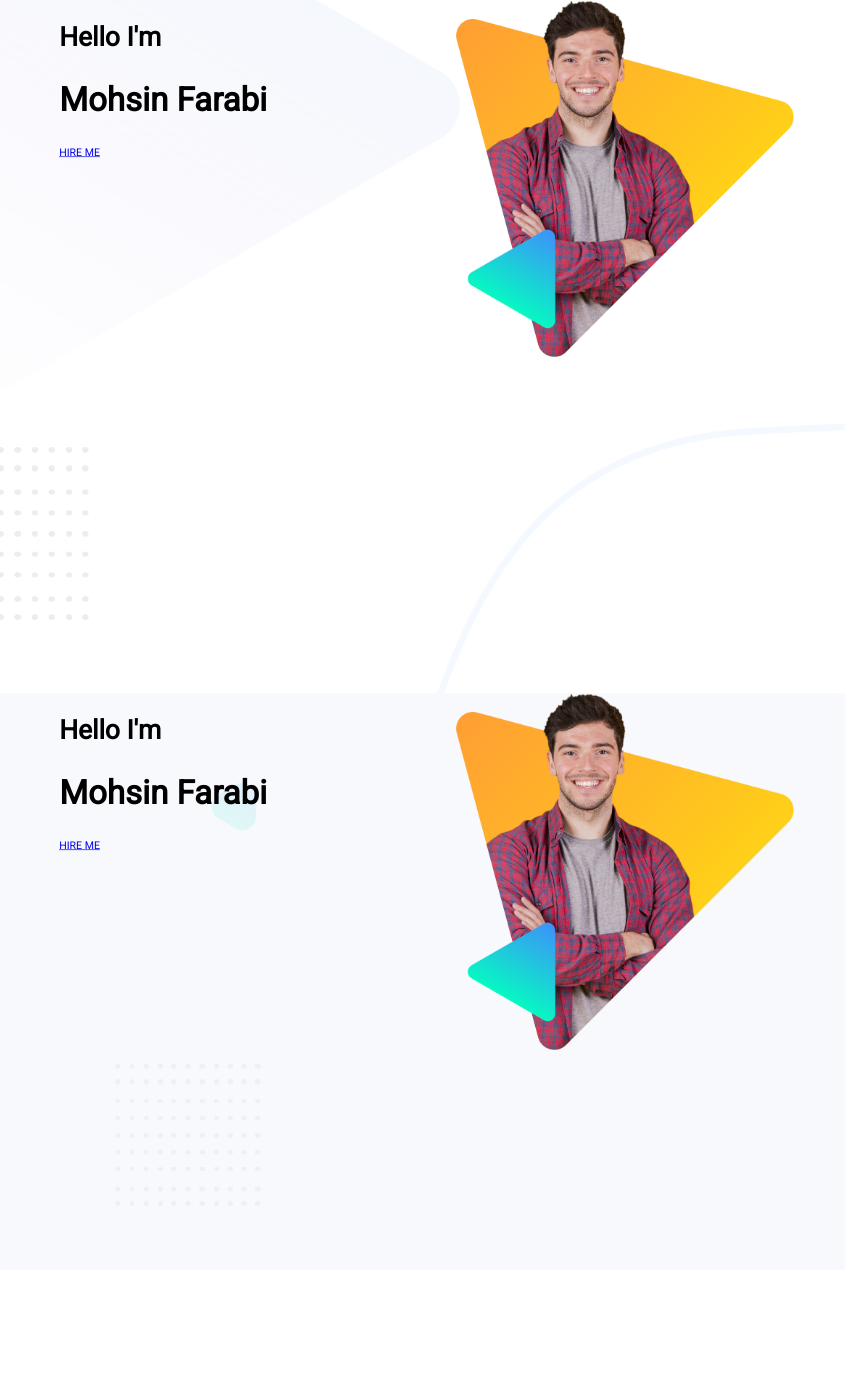
Repository: mohsinfarabi/personal-website
Page: index.html
An editor plug-in stored every save of this project. The page is shown before and after the next save, followed by the edit.
The browser window is 1280 px wide. The pictures show the whole page, at 66% of full size.

Above is the page before, as saved 2020-07-01 02:24:45.

### index.html
<!DOCTYPE html>
<html lang="en">

<head>
    <meta charset="UTF-8">
    <meta name="viewport" content="width=device-width, initial-scale=1.0">
    <link href="https://fonts.googleapis.com/css2?family=Roboto" rel="stylesheet">
    <link rel="stylesheet" href="style.css">
    <title>Farabi - Web Developer</title>
</head>

<body>
    <section class="header-part">
        <div class="half-width">
            <h2>Hello I'm</h2>
            <h1>Mohsin Farabi</h1>
            <a class="link-button" target="_blank" href="https://www.linkedin.com/in/mohsin-farabi-68655040/">HIRE ME</a>
        </div>
        <div class="half-width">
            <img src="images/peter.png" alt="">
        </div>
    </section>
    <section class="biography">
        <div class="half-width">
            <h2>Hello I'm</h2>
            <h1>Mohsin Farabi</h1>
            <a class="link-button" target="_blank" href="https://www.linkedin.com/in/mohsin-farabi-68655040/">HIRE ME</a>
        </div>
        <div class="half-width">
            <img src="images/peter.png" alt="">
        </div>
    </section>


</body>

</html>

### style.css
body {
    margin: 0;
    font-family: 'Roboto', sans-serif;
}

h1 {
    font-size: 50px;
}

h2 {
    font-size: 40px;
}

p {
    color: dimgray;
}

section {
    height: 800px;
    padding-bottom: 250px;
}

.biography {
    background-image: url("images/biography-bg.png");
    background-repeat: no-repeat;
}

.header-part {
    background-image: url("images/header-bg.png");
    background-repeat: no-repeat;
    background-size: cover;
}

.half-width {
    width: 40%;
    float: left;
    margin-left: 5%;
    padding-left: 2%;
}

.half-width img {
    width: 100%;
}

After the next save:
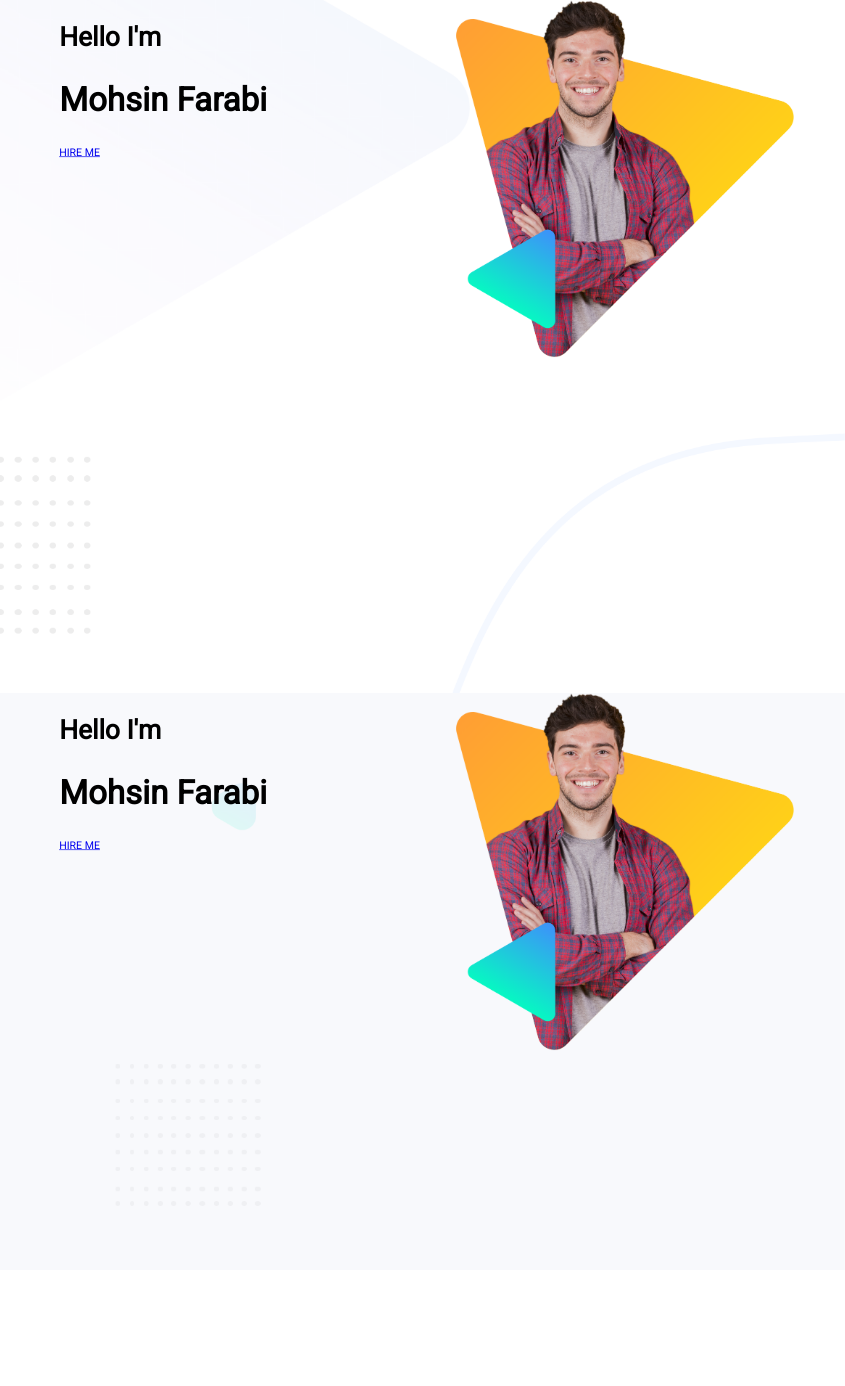
Saved 48 s later.
--- a/style.css
+++ b/style.css
@@ -28,7 +28,6 @@ section {
 .header-part {
     background-image: url("images/header-bg.png");
     background-repeat: no-repeat;
-    background-size: cover;
 }
 
 .half-width {
